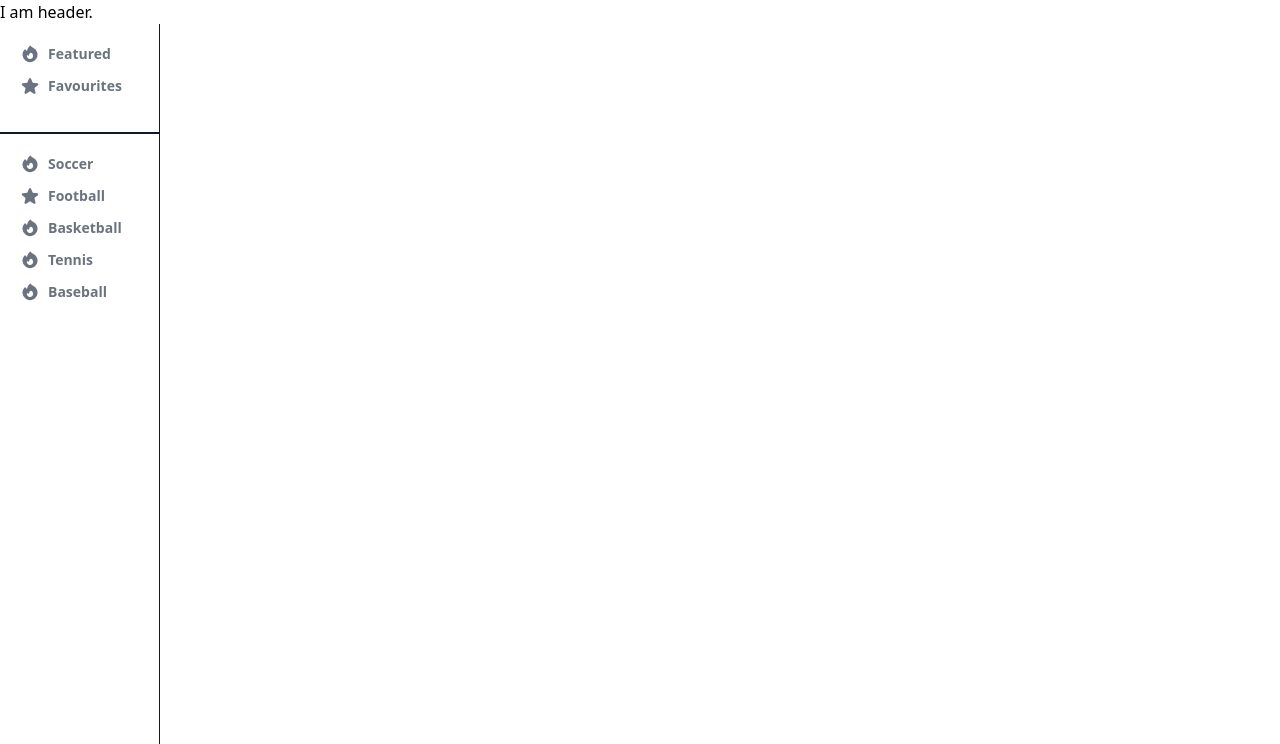
Repository: thekingisherenow/Betterbook
Page: /
The author's editor kept a copy of each file at every save. The page is drawn from the files as they stood at one save, then again after the next save.
The browser window is 1280 px wide. The pictures show the whole page.
The project was rebuilt for these pictures with package versions that can differ from the ones it lists, and the page was loaded fresh each time. The framework's server and built-in components were replaced by stand-ins that run in the browser. Also part of the build but not shown: next.config.js.

Above is the page before, as saved 2023-01-16 21:12:17.

### src/pages/_app.tsx
import type { AppProps } from 'next/app'
import { Provider } from 'react-redux'
import store from '../core/store'
import '../core/styles/root.css'

const App = (props: AppProps) => {
  const { Component, pageProps } = props
  return (
    <Provider store={store}>
      <Component {...pageProps} />
    </Provider>
  )
}

export default App

### src/pages/index.tsx
import type { NextPage } from 'next'
import { useEffect, useState } from 'react'
import API from '../core/services'
import { Game } from '../types/game'
import Sidebar from '../components/Typography/Sidebar'
import Header from '../components/Typography/Header'

const IndexPage: NextPage = () => {
  const [games, setGames] = useState<Game[]>([])

  useEffect(() => {
    API.games.fetchGames().then(setGames)
  }, [])

  return <div>
        <main className=''>

          {/* Header  */}
          <Header />
            {/* Sidebar */}
            <Sidebar/>
            {/* Center  */}

        </main>
  </div>
}

export default IndexPage

### src/core/store/index.ts
import { configureStore } from '@reduxjs/toolkit'
import { counterReducer } from './slices/counterSlice'

const store = configureStore({
  reducer: {
    counter: counterReducer,
  },
})

export default store

### src/core/services/index.ts
import * as gamesServices from './games'

const API = {
  games: gamesServices,
}

export default API

### src/components/Typography/Sidebar.tsx
import React from 'react'
import { FireIcon, StarIcon } from '@heroicons/react/24/solid'

function Sidebar() {
    return (
        <div className='text-gray-500 text-sm border-r h-screen w-40 border-gray-900'>
            <div>
                <div className='flex flex-col  p-5 space-y-3 font-semibold mb-4'>
                    <button className='flex items-center space-x-2 hover:text-blue-600'>
                        <FireIcon className='w-5 h-5' />
                        <p>Featured</p>
                    </button>
                    <button className='flex items-center space-x-2 hover:text-blue-600'>
                        <StarIcon className='w-5 h-5' />
                        <p>Favourites</p>
                    </button>
                </div>
                    <hr className='border-t-2 border-gray-900' />

                <div className='flex flex-col space-y-3  p-5 font-semibold mb-4'>
                    <button className='flex items-center space-x-2 hover:text-blue-600'>
                        <FireIcon className='w-5 h-5' />
                        <p>Soccer</p>
                    </button>
                    <button className='flex items-center space-x-2 hover:text-blue-600'>
                        <StarIcon className='w-5 h-5' />
                        <p>Football</p>
                    </button>
                    <button className='flex items-center space-x-2 hover:text-blue-600'>
                        <FireIcon className='w-5 h-5' />
                        <p>Basketball</p>
                    </button>
                    <button className='flex items-center space-x-2 hover:text-blue-600'>
                        <FireIcon className='w-5 h-5' />
                        <p>Tennis</p>
                    </button>
                    <button className='flex items-center space-x-2 hover:text-blue-600'>
                        <FireIcon className='w-5 h-5' />
                        <p>Baseball</p>
                    </button>
                </div>
            </div>
        </div>
    )
}

export default Sidebar

### src/components/Typography/Header.tsx
import React from 'react'

function Header() {
  return (
    <div >
      <main>I am header.
        </main>
    </div>
  )
}

export default Header

### src/core/store/slices/counterSlice.ts
import { createSlice } from '@reduxjs/toolkit'

export const counterSlice = createSlice({
  name: 'counter',
  initialState: {
    count: 0,
  },
  reducers: {
    setCount(state, { payload }) {
      state.count = payload
    },
  },
})

export const counterReducer = counterSlice.reducer

### src/core/services/games.ts
import { Game } from '../../types/game'

export const fetchGames = (): Promise<Game[]> => {
  return Promise.resolve([
    {
      id: '1',
      name: 'Spain vs Argentina',
    },
  ])
}

### tailwind.config.js
/** @type {import('tailwindcss').Config} */
module.exports = {
  content: [
    './src/pages/**/*.{js,ts,jsx,tsx}',
    './src/components/**/*.{js,ts,jsx,tsx}',
    './src/modules/**/*.{js,ts,jsx,tsx}',
  ],
  theme: {
    extend: {},
  },
  plugins: [],
}

Loaded but not shown: src/core/styles/root.css (common file)

After the next save:
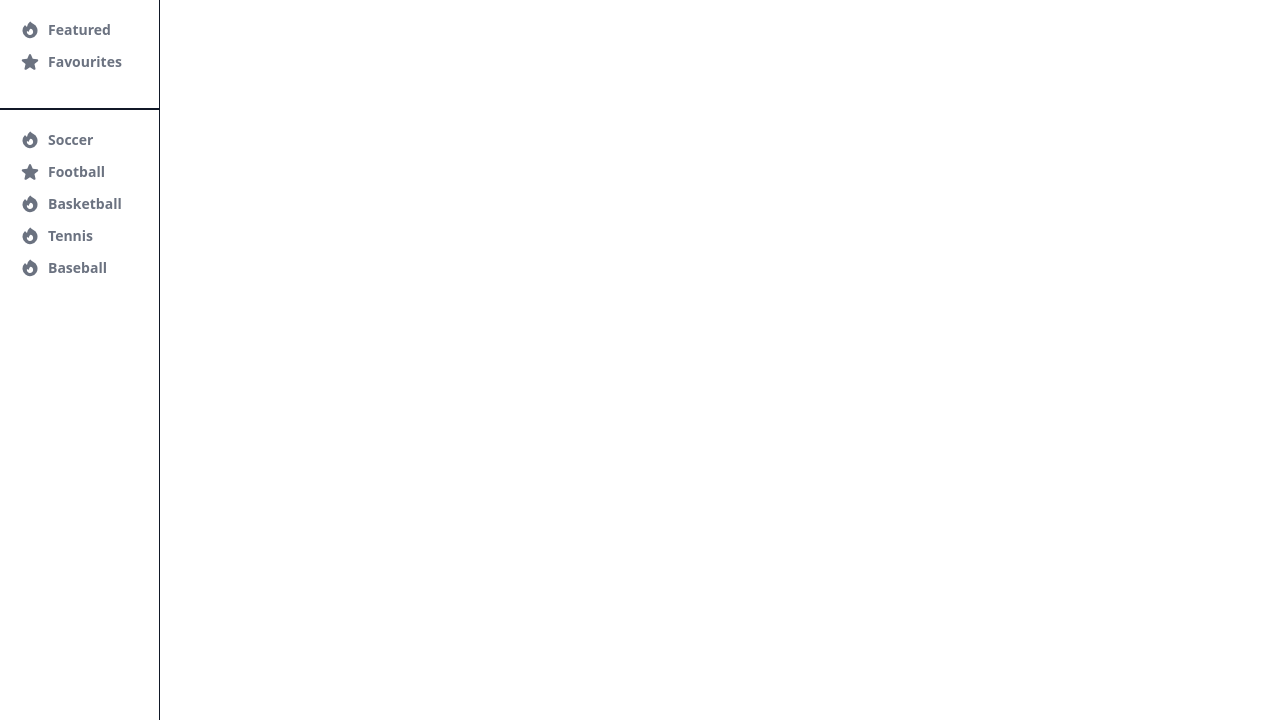
Saved 72 s later.
--- a/src/components/Typography/Header.tsx
+++ b/src/components/Typography/Header.tsx
@@ -2,10 +2,9 @@ import React from 'react'
 
 function Header() {
   return (
-    <div >
-      <main>I am header.
-        </main>
-    </div>
+    <header >
+
+    </header>
   )
 }
 
